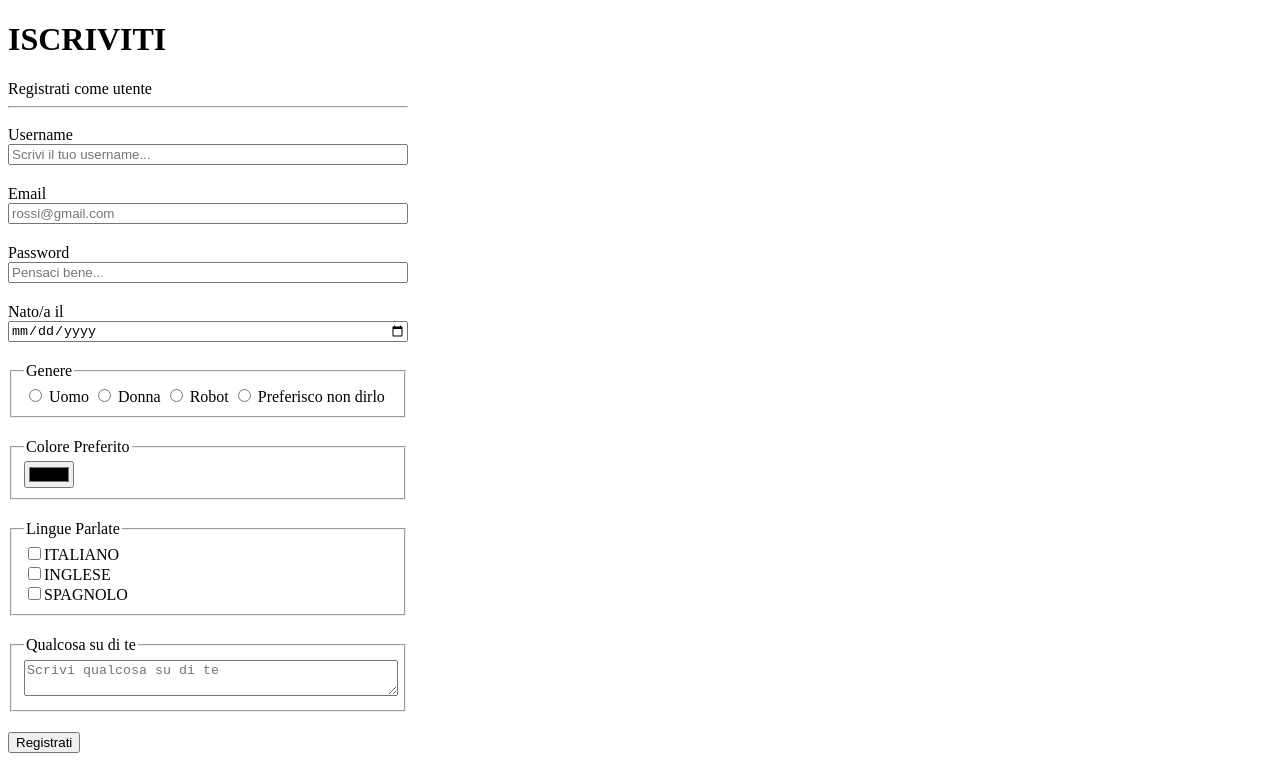
Repository: CryptoFamilyNFT/develhope
Page: html/form.html
The author's editor kept a copy of each file at every save. The page is drawn from the files as they stood at one save, then again after the next save.
The browser window is 1280 px wide. The pictures show the whole page.

Above is the page before, as saved 2024-11-06 16:31:58.

### html/form.html
<!DOCTYPE html>
<html lang="en">
  <head>
    <meta charset="UTF-8" />
    <meta name="viewport" content="width=device-width, initial-scale=1.0" />
    <title>Document</title>
  </head>
  <style>
    form {
      max-width: 400px;
    }
    .container {
      display: flex;
      flex-direction: column;
      gap: 20px;
      padding-top: 10px;
    }

    .section {
      display: flex;
      flex-direction: column;
    }
  </style>
  <body>
    <form>
      <h1>ISCRIVITI</h1>
      <body1>Registrati come utente</body1>
      <hr />
      <div class="container">
        <div class="section">
          <label for="Username">Username</label>
          <input
            name="Username"
            id="username"
            placeholder="Scrivi il tuo username..."
          />
        </div>
        <div class="section">
          <label for="Email">Email</label>
          <input
            name="Email"
            id="Email"
            type="email"
            placeholder="rossi@gmail.com"
          />
        </div>
        <div class="section">
          <label for="password">Password</label>
          <input
            name="password"
            id="password"
            type="password"
            placeholder="Pensaci bene..."
          />
        </div>
        <div class="section">
          <label for="data_nascita">Nato/a il</label>
          <input
            name="data_nascita"
            id="data_nascita"
            type="date"
            min="1930-01-01"
            max="2023-31-12"
            placeholder="Pensaci bene..."
          />
        </div>
        <fieldset>
          <legend>Genere</legend>
          <div>
            <label for="Uomo">
              <input name="genere" id="genere_u" type="radio" value="Uomo" />
              Uomo
            </label>
            <label for="Donna">
              <input name="genere" id="genere_d" type="radio" value="Donna" />
              Donna
            </label>
            <label for="Donna">
              <input name="genere" id="genere_d" type="radio" value="Donna" />
              Robot
            </label>
            <label for="Unknow">
              <input
                name="genere"
                id="genere_unknow"
                type="radio"
                value="Unknow"
              />
              Preferisco non dirlo
            </label>
          </div>
        </fieldset>
        <fieldset>
          <legend>
            <label for="colore_preferito">Colore Preferito</label>
          </legend>
          <div class="section">
            <input id="colore_preferito" name="colore_preferito" type="color" />
          </div>
        </fieldset>
        <fieldset>
          <legend>Lingue Parlate</legend>
          <div class="section">
            <label for="lingue_1">
              <input
                id="lingue_1"
                name="lingue"
                type="checkbox"
                value="IT"
              />ITALIANO
            </label>
            <label for="lingue_2">
              <input
                id="lingue_2"
                name="lingue"
                value="EN"
                type="checkbox"
              />INGLESE
            </label>
            <label for="lingue_3">
              <input
                id="lingue_3"
                name="lingue"
                value="ES"
                type="checkbox"
              />SPAGNOLO
            </label>
          </div>
        </fieldset>
        <fieldset>
          <legend>Qualcosa su di te</legend>
          <textarea cols="30" id="about" name="about" style="min-width: 100%; max-width: 350px;" placeholder="Scrivi qualcosa su di te"></textarea>
        </fieldset>
        <div>
            <button type="submit">Registrati</button>
        </div>
      </div>
    </form>
  </body>
</html>

After the next save:
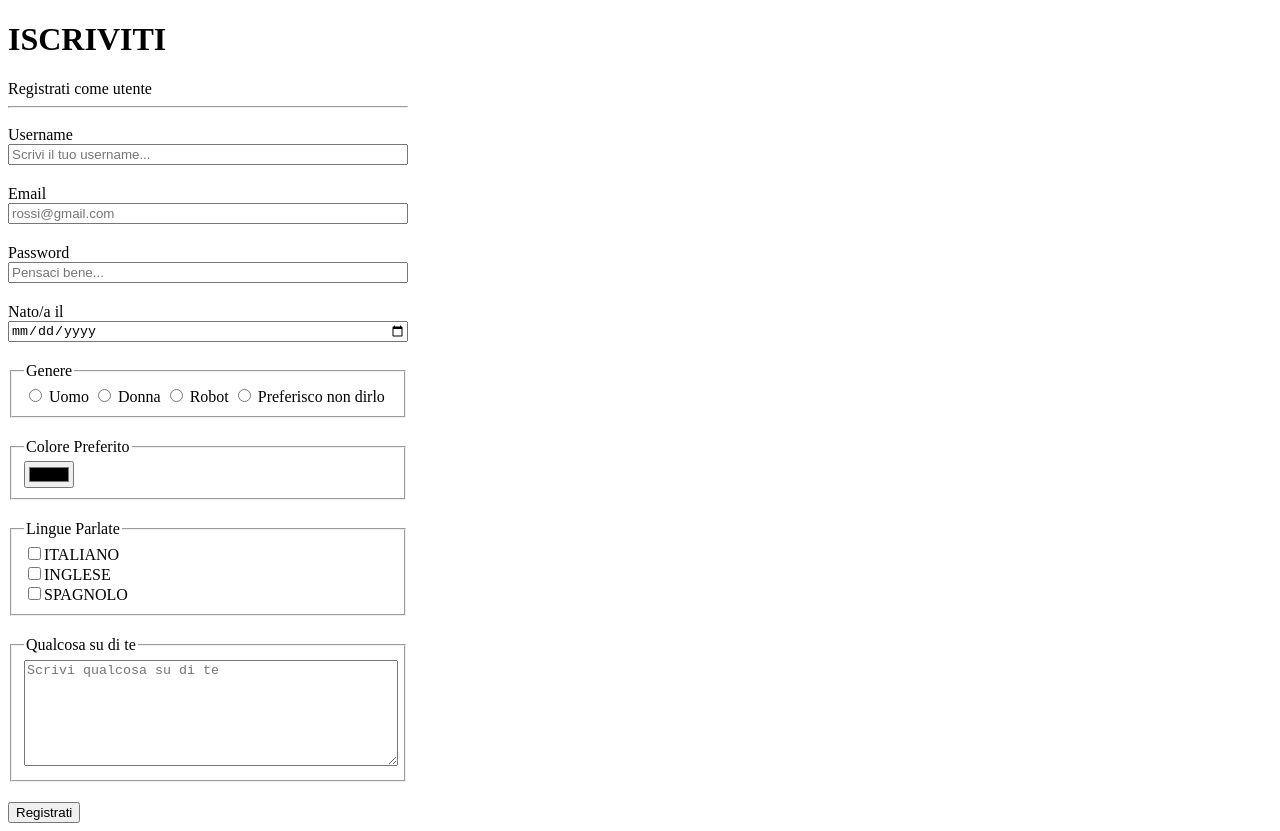
Saved 24 s later.
--- a/html/form.html
+++ b/html/form.html
@@ -129,7 +129,7 @@
         </fieldset>
         <fieldset>
           <legend>Qualcosa su di te</legend>
-          <textarea cols="30" id="about" name="about" style="min-width: 100%; max-width: 350px;" placeholder="Scrivi qualcosa su di te"></textarea>
+          <textarea cols="30" id="about" name="about" style="min-width: 100%; max-width: 350px; min-height: 100px; max-height: 400èx;" placeholder="Scrivi qualcosa su di te"></textarea>
         </fieldset>
         <div>
             <button type="submit">Registrati</button>
